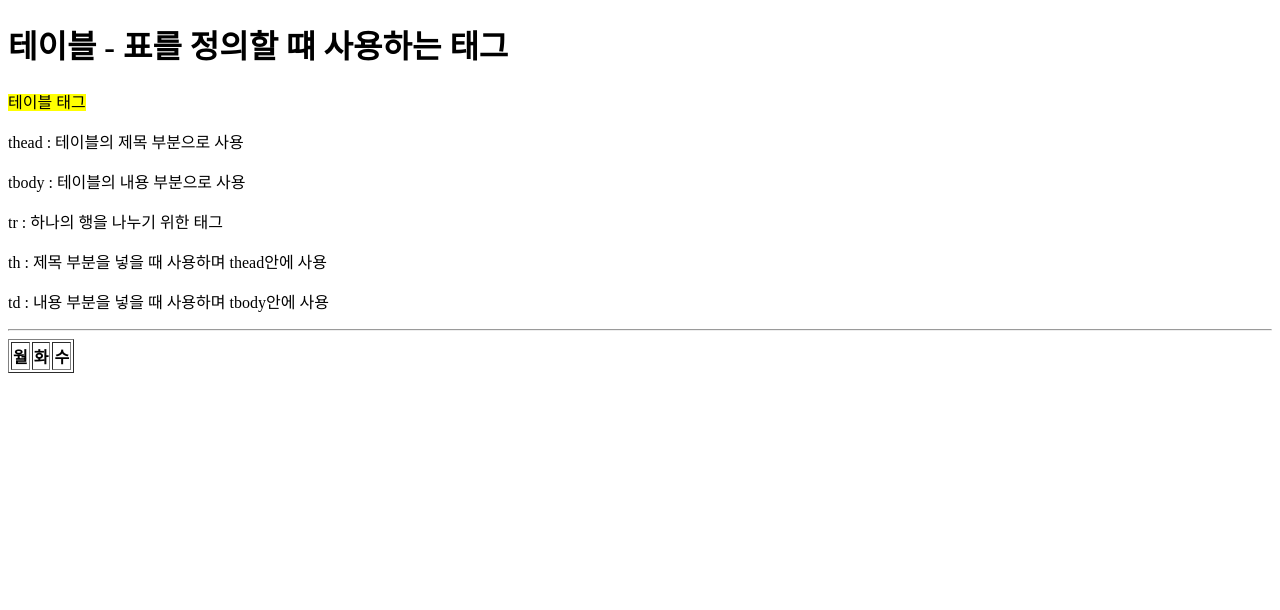
Repository: cleangggg/front
Page: html/ex04.html
The author's editor kept a copy of each file at every save. The page is drawn from the files as they stood at one save, then again after a run of saves.
The browser window is 1280 px wide. The pictures show the whole page.

Above is the page before, as saved 2023-05-22 04:15:17.

After the next 3 saves:
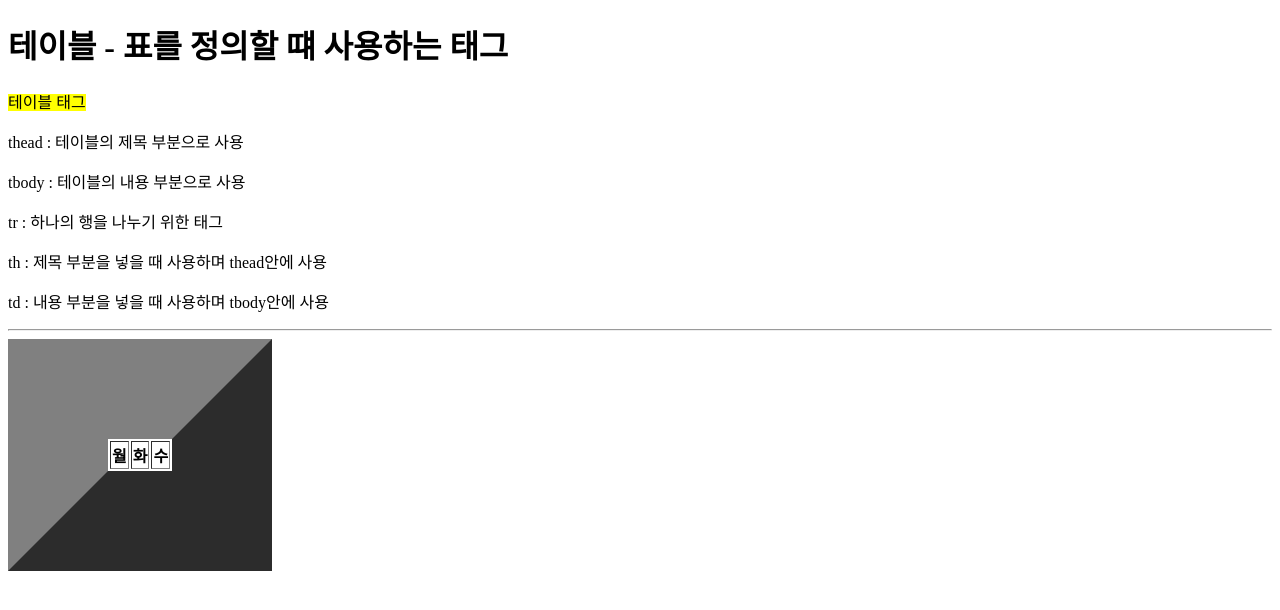
The 3 saves are shown as one change because they came seconds apart.
The last was saved 13 s later.
--- a/html/ex04.html
+++ b/html/ex04.html
@@ -15,7 +15,7 @@
 	<p>th : 제목 부분을 넣을 때 사용하며 thead안에 사용</p>
 	<p>td : 내용 부분을 넣을 때 사용하며 tbody안에 사용</p>
 	<hr>
-	<table border="1">
+	<table border="100">
 		<tr>
 			<th>월</th> <th>화</th> <th>수</th>
 		</tr>

After the save that followed:
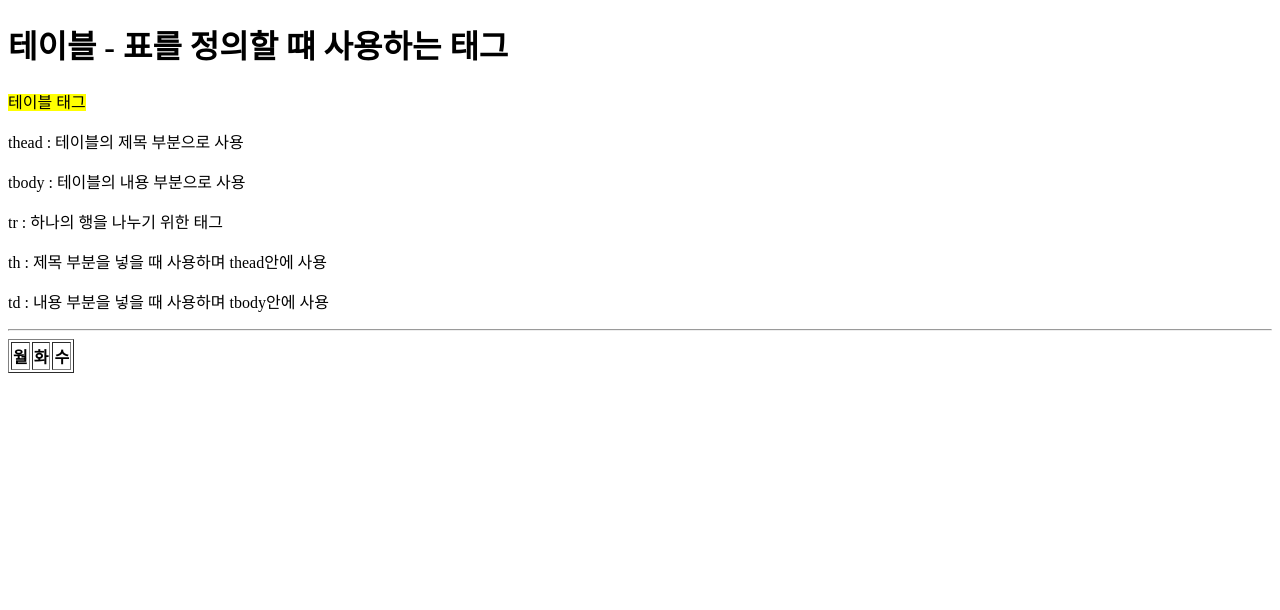
Saved 6 s later.
--- a/html/ex04.html
+++ b/html/ex04.html
@@ -15,7 +15,7 @@
 	<p>th : 제목 부분을 넣을 때 사용하며 thead안에 사용</p>
 	<p>td : 내용 부분을 넣을 때 사용하며 tbody안에 사용</p>
 	<hr>
-	<table border="100">
+	<table border="1">
 		<tr>
 			<th>월</th> <th>화</th> <th>수</th>
 		</tr>
